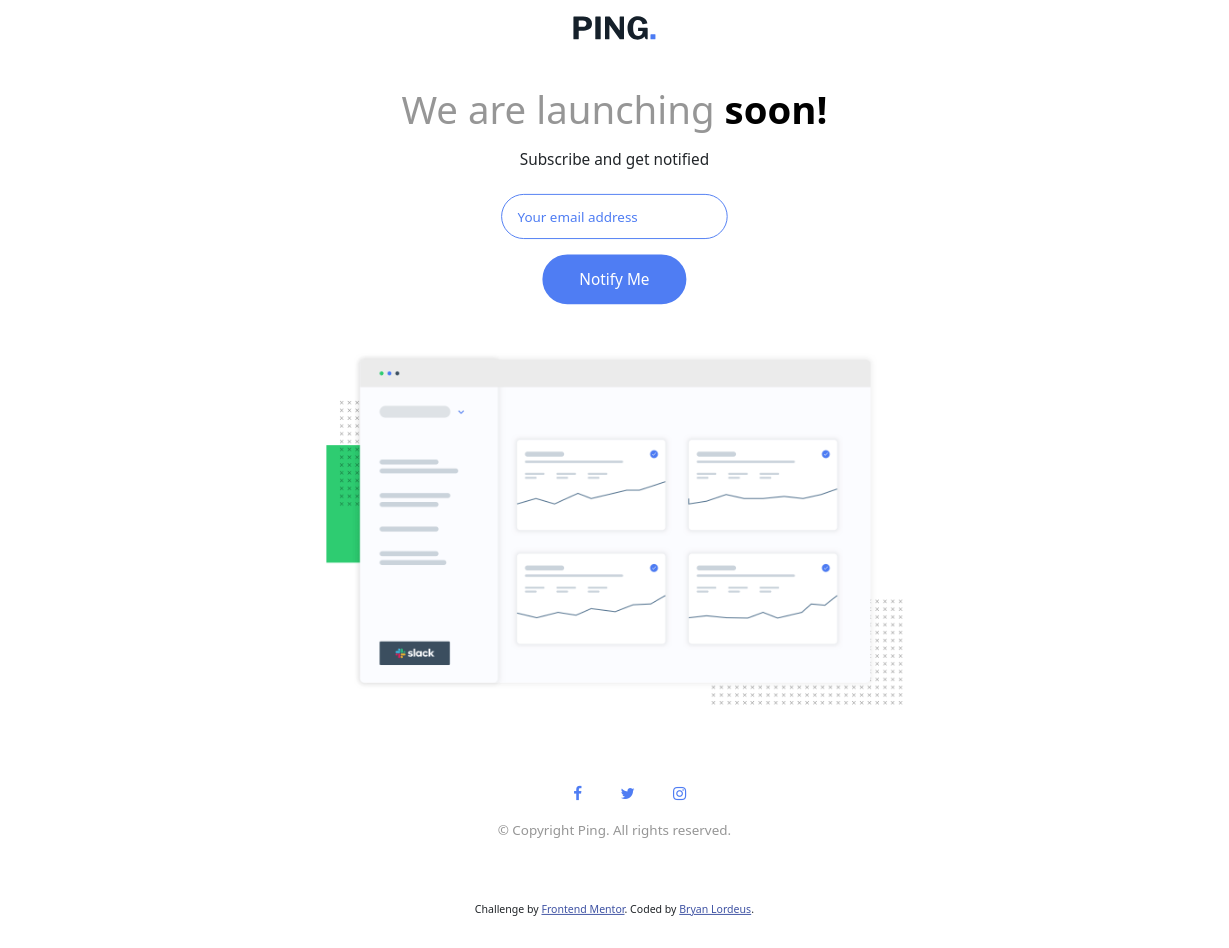
Repository: blordeus/ping-coming-soon-page-master
Page: index.html
An editor plug-in stored every save of this project. The page is shown before and after a run of saves, followed by the edit.
The browser window is 1280 px wide. The pictures show the whole page, at 96% of full size.
The style sheet was rebuilt from its Sass, Less or Tailwind sources for each picture, by a compiler version that may differ from the author's.

Above is the page before, as saved 2023-08-31 12:12:14.

After the next 3 saves:
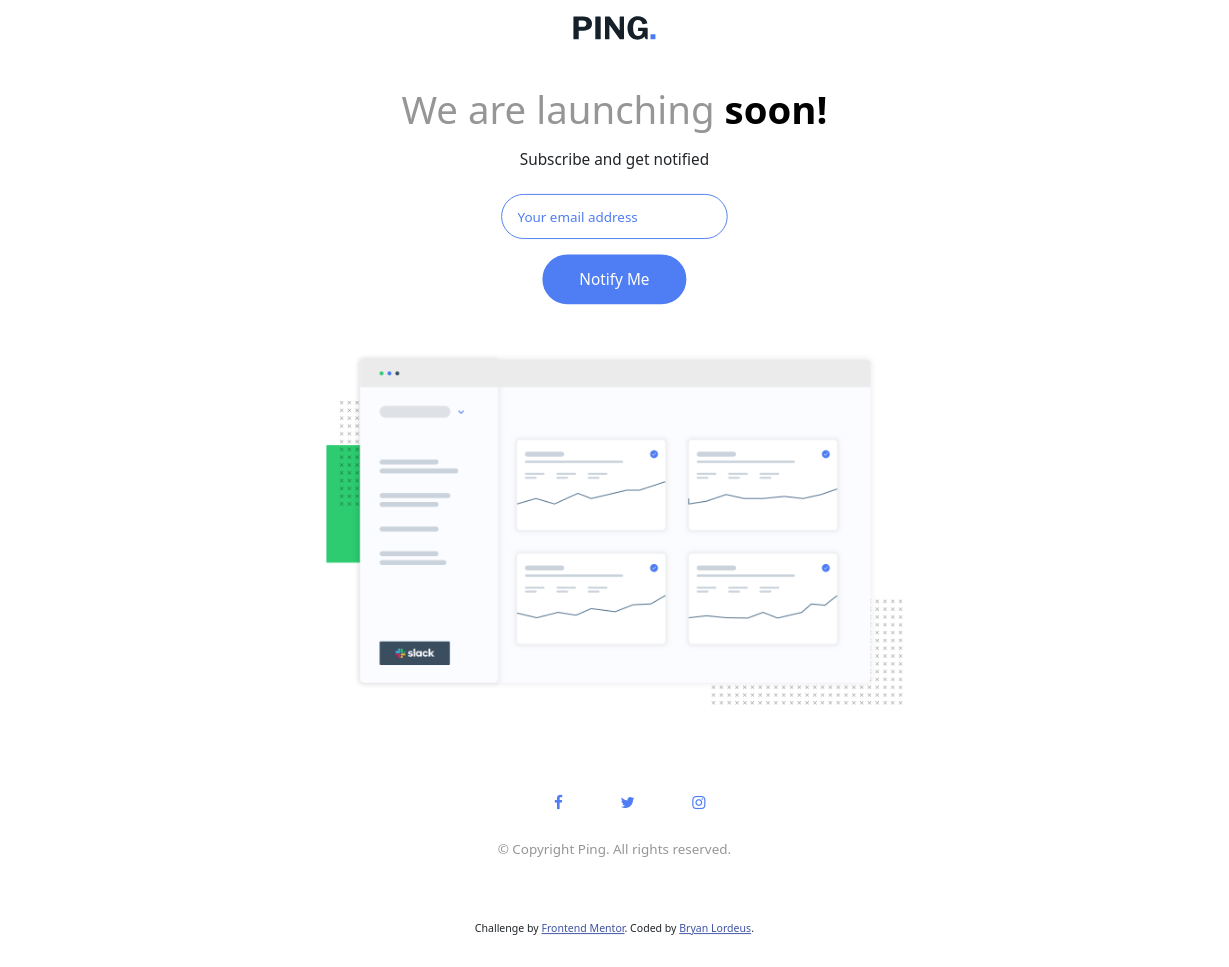
The 3 saves are shown as one change because 1 did not build or start and some came seconds apart.
The last was saved 14 s later.
--- a/style.scss
+++ b/style.scss
@@ -91,7 +91,8 @@
 .icons ul li {
     margin: 0 20px;
     color: var(--blue);
-
+    padding: 10px;
+    border-radius: 50%
 }
 
 .copyright {
